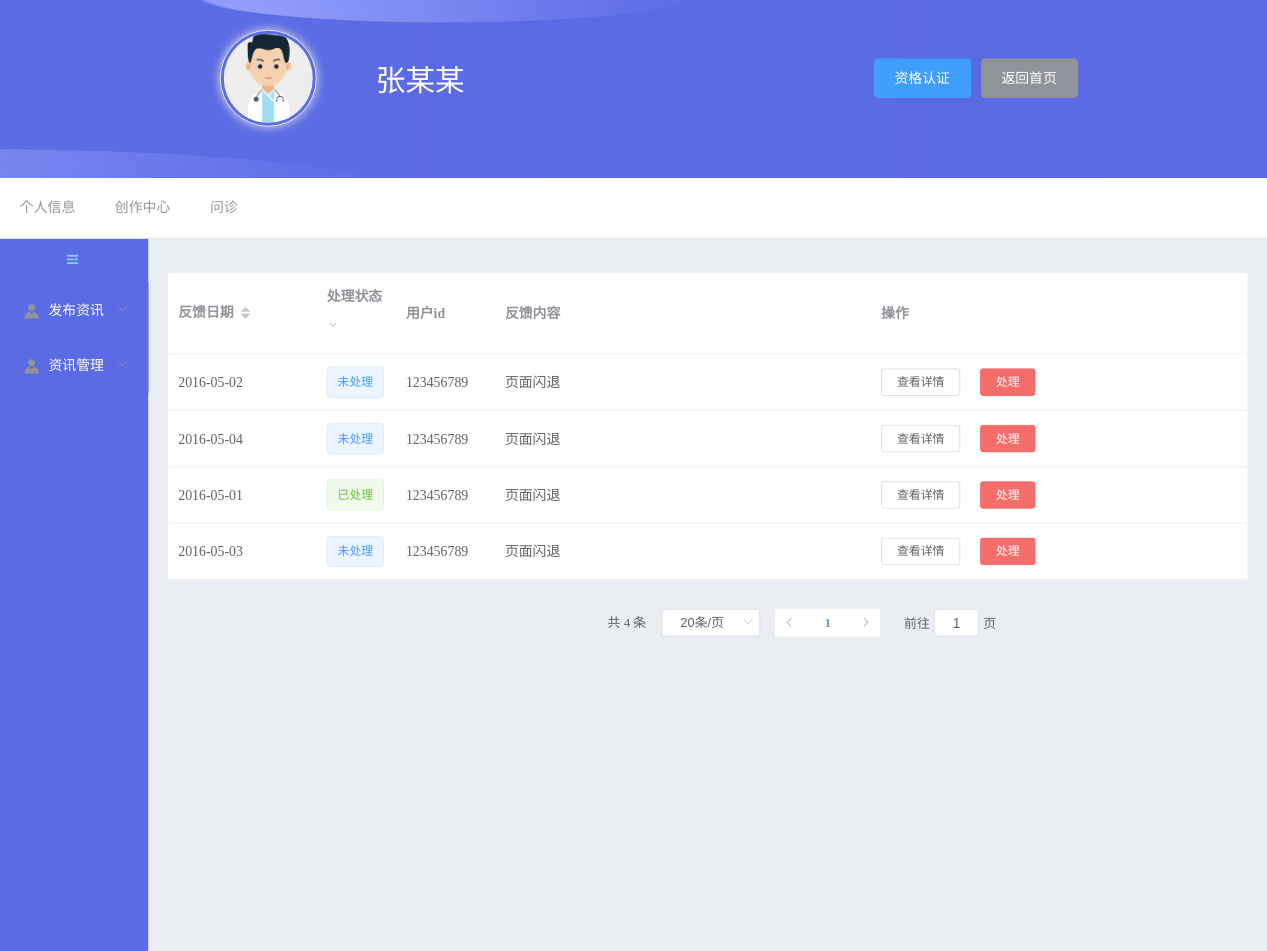
Repository: DiscreteL/SOA_Front
Page: /#/manageArticle
These files come from the project's save history. The page is drawn as it stood at one moment and after the next save; the edit follows.
The browser window is 1280 px wide. The pictures show the whole page, at 99% of full size.
The project was rebuilt for these pictures with package versions that can differ from the ones it lists, and the page was loaded fresh each time. Also part of the build but not shown: vue.config.js, src/components/navigation.vue, src/components/dialog.vue, src/views/news.vue, src/components/announcement.vue, src/components/patientKnow.vue, src/views/Home.vue, src/views/login.vue and 15 more.

Above is the page before, as saved 2021-11-29 12:33:05.

After the next save:
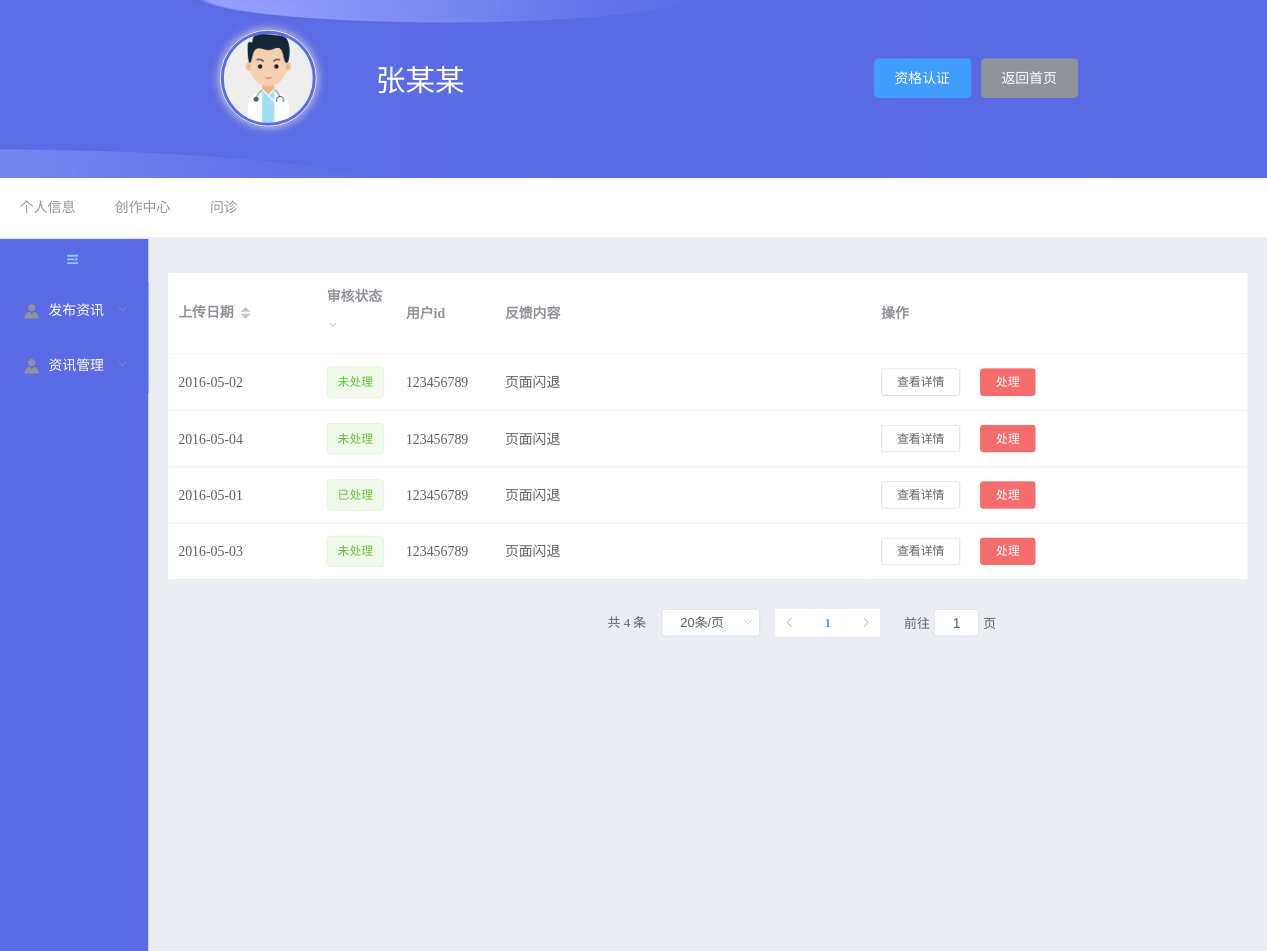
Saved 3 min 27 s later.
--- a/src/views/doctor/message/manageArticle.vue
+++ b/src/views/doctor/message/manageArticle.vue
@@ -10,7 +10,7 @@
       >
         <el-table-column
           prop="date"
-          label="反馈日期"
+          label="上传日期"
           sortable
           width="150"
           column-key="date"
@@ -18,18 +18,19 @@
         </el-table-column>
         <el-table-column
           prop="status"
-          label="处理状态"
+          label="审核状态"
           width="80"
           :filters="[
-            { text: '未处理', value: '未处理' },
-            { text: '已处理', value: '已处理' },
+            { text: '等待审核', value: '等待审核' },
+            { text: '通过审核', value: '通过审核' },
+            { text: '未通过审核', value: '未通过审核' },
           ]"
           :filter-method="filterStatus"
           filter-placement="bottom-end"
         >
           <template slot-scope="scope">
             <el-tag
-              :type="scope.row.status === '未处理' ? 'primary' : 'success'"
+              :type="scope.row.status === '未通过审核' ? 'warning' : 'success'"
               disable-transitions
             >
               {{ scope.row.status }}
